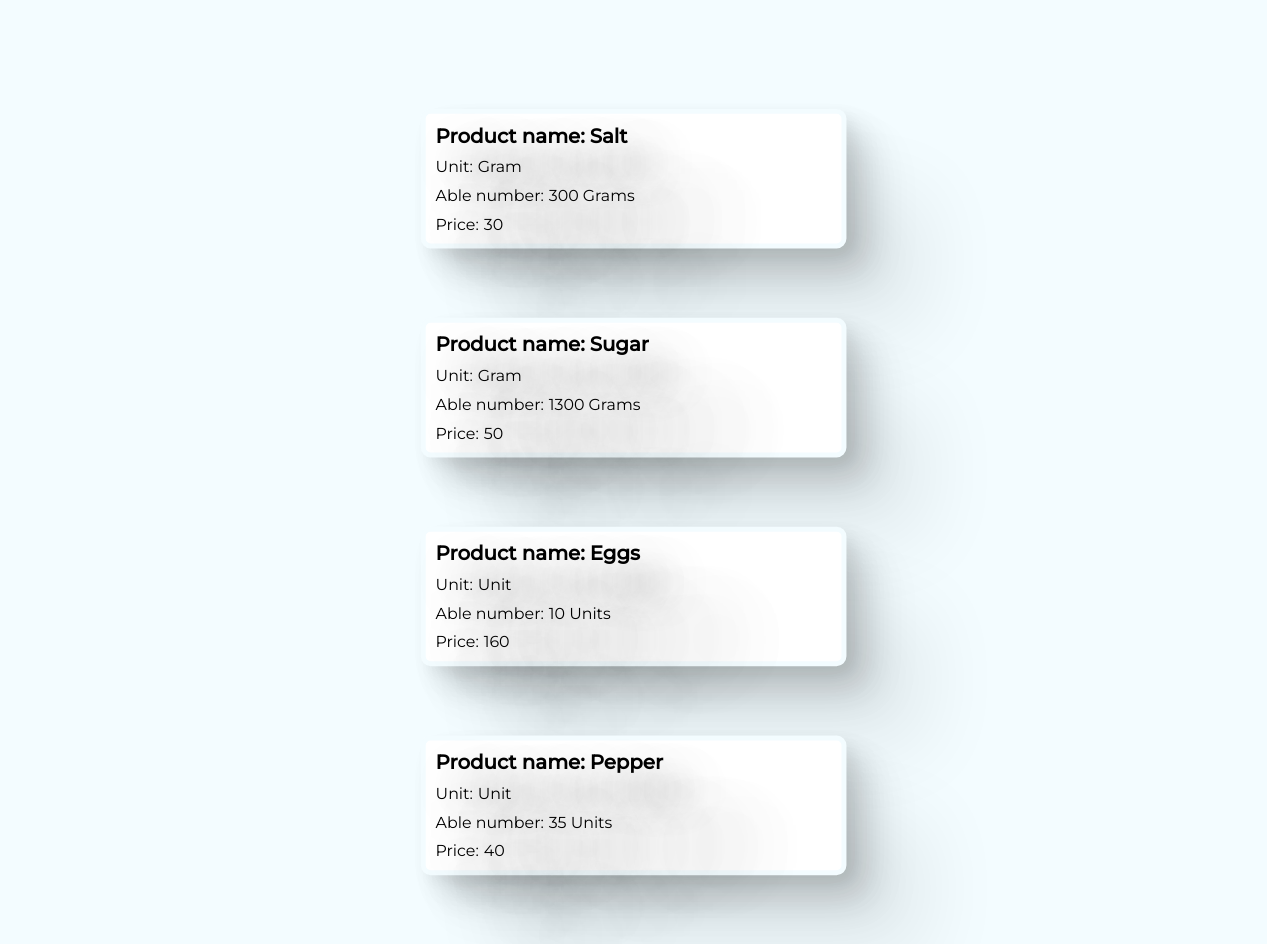
Repository: OlexandraKovach2/Vue
Page: / (app in vuexam/brila-exam/)
These files come from the project's save history. The page is drawn as it stood at one moment and after the next save; the edit follows.
The browser window is 1280 px wide. The pictures show the whole page, at 99% of full size.
The project was rebuilt for these pictures with package versions that can differ from the ones it lists, and the page was loaded fresh each time. Also part of the build but not shown: vuexam/brila-exam/vue.config.js.

Above is the page before, as saved 2022-11-08 22:12:23.

### vuexam/brila-exam/public/index.html
<!DOCTYPE html>
<html lang="">
  <head>
    <meta charset="utf-8">
    <meta http-equiv="X-UA-Compatible" content="IE=edge">
    <meta name="viewport" content="width=device-width,initial-scale=1.0">
    <link rel="icon" href="<%= BASE_URL %>favicon.ico">
    <title><%= htmlWebpackPlugin.options.title %></title>
  </head>
  <body>
    <noscript>
      <strong>We're sorry but <%= htmlWebpackPlugin.options.title %> doesn't work properly without JavaScript enabled. Please enable it to continue.</strong>
    </noscript>
    <div id="app"></div>
    <!-- built files will be auto injected -->
  </body>
</html>

<style>

  *{
    padding: 0px;
    margin: 0px;
  }
  body{
    background-color: rgb(243, 252, 255);
  }

</style>

### vuexam/brila-exam/src/main.js
import { createApp } from 'vue'
import App from './App.vue'
import store from '@/store'

createApp(App).use(store).mount('#app')

### vuexam/brila-exam/src/App.vue
<template>
  <div>
    <ObjectTable :listData="list"/>
  </div>
</template>

<script>
  import { mapGetters } from 'vuex';
  import ObjectTable from "./components/ObjectTable";
  export default {
    name: "App",
    components: {
      ObjectTable,
    },
    computed: {
      ...mapGetters(['list']),
    },
  }
</script>

<style lang="scss" scoped>
@import url('https://fonts.googleapis.com/css2?family=Montserrat:wght@100;200;300;400;500&display=swap');
*{
  font-family: 'Montserrat', sans-serif;
}
</style>

### vuexam/brila-exam/src/store/index.js
import {createStore} from 'vuex'

const store = createStore({
    state: {
        list: [
            {
                id: 1,
                name: "Salt",
                unit: "Gram",
                count: "300",
                cost: 30
            },
            {
                id: 2,
                name: "Sugar",
                unit: "Gram",
                count: "1300",
                cost: 50
            },
            {
                id: 3,
                name: "Eggs",
                unit: "Unit",
                count: "10",
                cost: 160
            },
            {
                id: 4,
                name: "Pepper",
                unit: "Unit",
                count: "35",
                cost: 40
            }
        ]
    },
    getters: {
        list: state => {
            return state.list;
        }
    },
});

export default store;

### vuexam/brila-exam/src/components/ObjectTable/index.vue
<template>
    <div class="objectTable">
        <div class="object">
        <ObjectBase v-for="item in listData"
        :key="item.id"
        :id="item.id"
        :name="item.name"
        :unit="item.unit"
        :count="item.count"
        :cost="item.cost"
        />
        </div>
    </div>
</template>

<script>
    import ObjectBase from "./ObjectBase.vue"
    export default {
        name: "ObjectTable",
        components: {
            ObjectBase,
        },
        props: {
            listData: {
                type: Array,
                default: () => []
            },
        },
    }
</script>

<style lang="scss" scoped>
.object{
    display: flex;
    flex-direction: column;
    margin-top: 40px;
}
.objectTable{
    display: flex;
    justify-content: center;
}
.object:last-child{
    margin-bottom: 70px;
}
</style>

### vuexam/brila-exam/src/components/ObjectTable/ObjectBase.vue
<template>
    <div class="ObjectCard">
        <div class="info-row name">
            <div>Product name: </div>
            <div>{{name}}</div>
        </div>
        <div class="info-row">
            <div>Unit: </div>
            <div>{{unit}}</div>
        </div>
        <div class="info-row">
            <div>Able number: </div>
            <div>{{count}} {{unit}}s</div>
        </div>
        <div class="info-row">
            <div>Price: </div>
            <div>{{cost}}</div>
        </div>
    </div>
</template>

<script>
    import { mapGetters } from 'vuex'
    export default {
        name: "ObjectBase",
        computed: {
        ...mapGetters(['list']),
        },
        props: {
            id: {
                type: Number,
                default: 0
            },
            name: {
                type: String,
                default: "None name"
            },
            unit: {
                type: String,
                default: "kilo"
            },
            count: {
                type: Number,
                default: 1
            },
            cost: {
                type: Number,
                default: 10
            }
        },
    }
</script>

<style lang="scss" scoped>
.ObjectCard{
    margin-top: 70px;
    background-color: white;
    width: 400px;
    border-radius: 10px;
    border: 5px solid rgb(243, 252, 255);
    box-shadow:
  6.6px 6.7px 13.7px rgba(0, 0, 0, 0.04),
  12.9px 13.2px 25.3px rgba(0, 0, 0, 0.053),
  19.2px 19.6px 34.3px rgba(0, 0, 0, 0.057),
  25.9px 26.5px 40.9px rgba(0, 0, 0, 0.057),
  35.7px 36.6px 47.2px rgba(0, 0, 0, 0.057),
  82px 84px 80px rgba(0, 0, 0, 0.07);
  display: flex;
  flex-direction: column;
  gap: 10px;
  padding: 10px;
  transition: 0.3s;
}
.ObjectCard:hover{
    scale: 1.1;
    box-shadow:
  6.6px 6.7px 13.7px rgba(0, 0, 0, 0.083),
  12.9px 13.2px 25.3px rgba(0, 0, 0, 0.1),
  19.2px 19.6px 34.3px rgba(0, 0, 0, 0.104),
  25.9px 26.5px 40.9px rgba(0, 0, 0, 0.101),
  35.7px 36.6px 47.2px rgba(0, 0, 0, 0.09),
  82px 84px 80px rgba(0, 0, 0, 0.07)
;

}
.info-row{
    display: flex;
    gap: 5px;
    transition: 0.3s;
}
.info-row:hover{
    scale: 1.04;
    color: rgb(0, 0, 255);

}
.info-row:hover:first-child{
    scale: 1.07;
    color: rgb(102, 0, 255);
}
.name{
    font-size: 20px;
    font-weight: 600;
}
.info-row{
    div{
        text-shadow: 12.9px 13.2px 25.3px rgba(0, 0, 0, 0.018), 25.9px 26.5px 40.9px rgba(0, 0, 0, 0.64), 82px 84px 80px rgba(0, 0, 0, 0.7);

    }
}
</style>

After the next save:
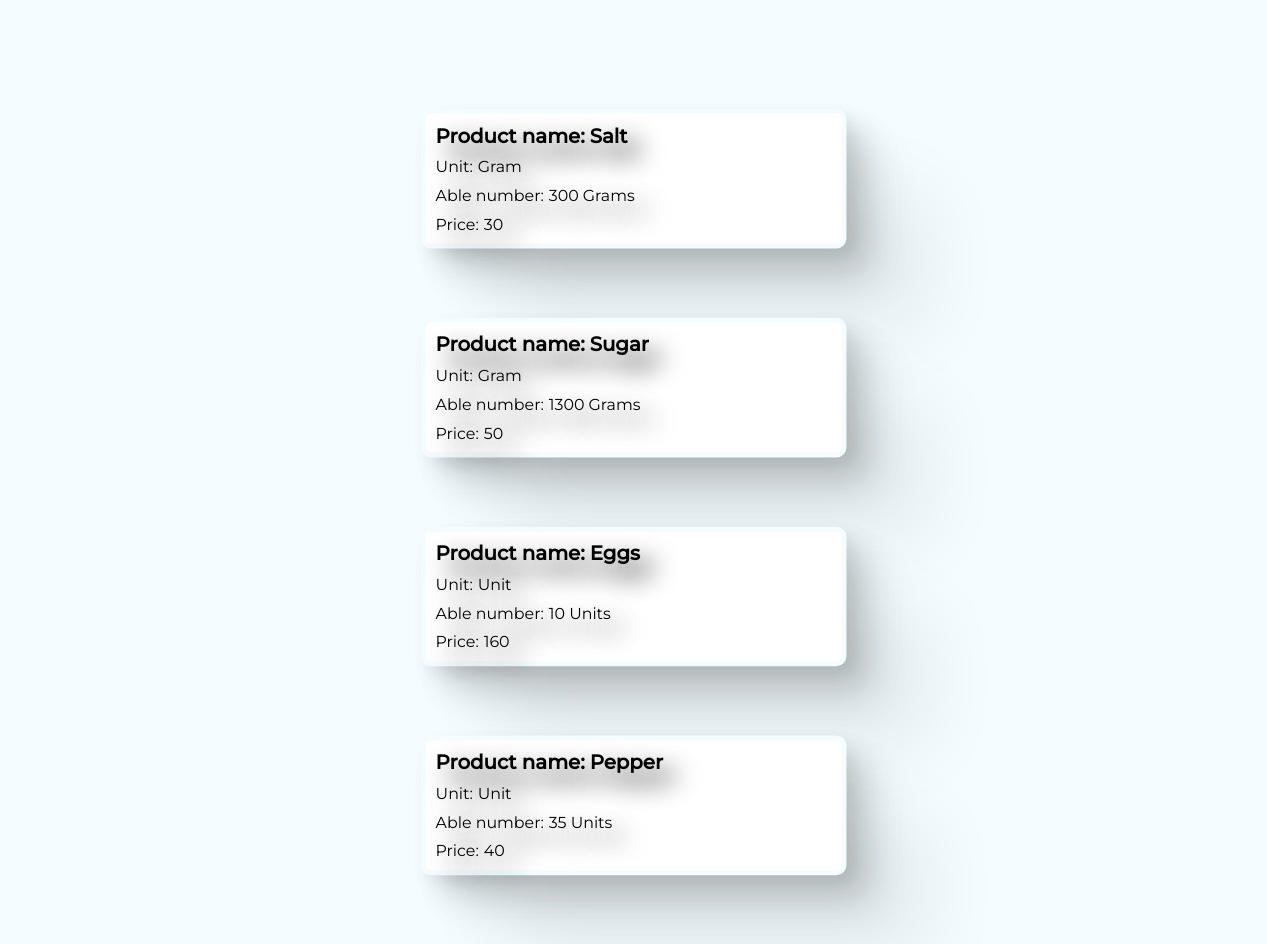
Saved 23 s later.
--- a/vuexam/brila-exam/src/components/ObjectTable/ObjectBase.vue
+++ b/vuexam/brila-exam/src/components/ObjectTable/ObjectBase.vue
@@ -103,8 +103,7 @@
 }
 .info-row{
     div{
-        text-shadow: 12.9px 13.2px 25.3px rgba(0, 0, 0, 0.018), 25.9px 26.5px 40.9px rgba(0, 0, 0, 0.64), 82px 84px 80px rgba(0, 0, 0, 0.7);
-
+        text-shadow: 12.9px 13.2px 25.3px black;
     }
 }
 </style>
